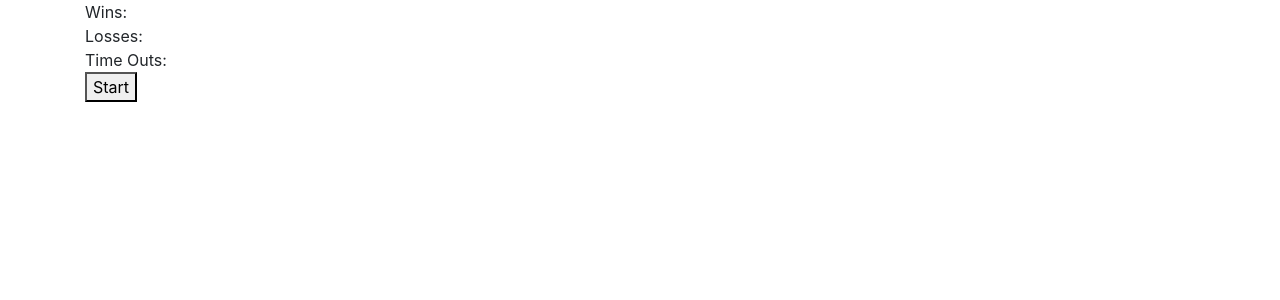
Repository: dsaftler/Trivia
Page: index.html
An editor plug-in stored every save of this project. The page is shown before and after the next save, followed by the edit.
The browser window is 1280 px wide. The pictures show the whole page.

Above is the page before, as saved 2019-04-12 23:35:17.

### index.html
<!DOCTYPE html>
<html lang="en">
<head>
  <meta charset="UTF-8">
  <meta name="viewport" content="width=device-width, initial-scale=1.0">
  <meta http-equiv="X-UA-Compatible" content="ie=edge">
  <link rel="stylesheet" href="https://stackpath.bootstrapcdn.com/bootstrap/4.3.1/css/bootstrap.min.css"
    integrity="sha384-ggOyR0iXCbMQv3Xipma34MD+dH/1fQ784/j6cY/iJTQUOhcWr7x9JvoRxT2MZw1T" crossorigin="anonymous">
  <!-- custom css -->
  <link rel="stylesheet" href="assets/css/style.css" type="text/css">

  <title>Trivia Game</title>
</head>
<body>
<div class="container">
  <div class="showTimer"><span id="timer"></span></div>
  <div class="showQuestion"><span id="question"></span></div>
  <div class="showAnswer"><span id="answer"></span></div>
  <div id="showWinsCnt">Wins: <span id="wins"></span></div>
  <div id="showLoseCnt">Losses: <span id="wrongs"></span></div>
  <div id="showMissCnt">Time Outs: <span id="misses"></span></div>
  <div class="answers" id="answer0"></div>
  <div class="answers" id="answer1"></div>
  <div class="answers" id="answer2"></div>
  <div class="answers" id="answer3"></div>
  <button id="newGame" onclick="initGame()">Start</button>
  <!-- <button id="temp1" onclick="newQuestion()">Next Question?</button> -->
</div>

<!-- bootstrap scripts -->
<script src="https://code.jquery.com/jquery-3.3.1.slim.min.js"
  integrity="sha384-q8i/X+965DzO0rT7abK41JStQIAqVgRVzpbzo5smXKp4YfRvH+8abtTE1Pi6jizo" crossorigin="anonymous"></script>
<script src="https://cdnjs.cloudflare.com/ajax/libs/popper.js/1.14.7/umd/popper.min.js"
  integrity="sha384-UO2eT0CpHqdSJQ6hJty5KVphtPhzWj9WO1clHTMGa3JDZwrnQq4sF86dIHNDz0W1" crossorigin="anonymous"></script>
<script src="https://stackpath.bootstrapcdn.com/bootstrap/4.3.1/js/bootstrap.min.js"
  integrity="sha384-JjSmVgyd0p3pXB1rRibZUAYoIIy6OrQ6VrjIEaFf/nJGzIxFDsf4x0xIM+B07jRM" crossorigin="anonymous"></script>
<script src="assets/javascript/app.js"></script>


</body>
</html>

### assets/css/style.css
.showTimer
.showQuestion
.showAnswer
.showWinsCnt
.showLoseCnt
.answers:hover{
  background-color: blue;
}

}

### assets/javascript/app.js
// Advanced game has a 30 second timer that counts down to 0 for each question
// If the timer is 0 OR  a wrong answer is chosen:
  // show the correct answer for 5 seconds
// display a new question
// restart the timer with no user interaction

// questions are contained in an array with question, array of answers, index of correct answer
// question shows in questionId
// "Correct"  or "Correct Answer" shows in answerId
// 4 possible answers show in 4 clickable buttons
// buttons have hover behavior
//  only one can be selected (by click)

// scores for Wins, Losses, and Unanswered are kept (correct, wrong, timer ==0)
// ask to play again in link
// click on play restarts the game without re-loading the page

var qArray =[];
var wins, wrongs, misses, seconds;
var correctAnswerId;
var timer;
var seconds;
var isNewGame = true;
var timerRunning=false;
var i;

// var States = {
//   PREGAME: 1,
//   PLAYING: 2,
//   GAMEOVER: 3,
//   YOUWON: 4
// };
// var GameState = States.PREGAME;


$(document).ready(function () {
  //initGame();
  $(".answers").click(function() {
    stopTimer();
    //which answer did I click?
    var target = $(this).attr("id")
    for(let j = 0; j<4; j++) {
      jtarget = "answer" + j
      //console.log(jtarget)
      if (jtarget === target){
        if (j === correctAnswerId){
          win();
        } else {
          lose();
        }
      }
    }
  })
})

function initGame() {
  wins = 0;
  wrongs = 0;
  misses = 0;
  loadQuestions();
  i = 0;
  newQuestion(i);
  $("#newGame").hide();
  //qArray.jsGameState = States.PLAYING;
}

function newQuestion(i)
{
  if(i>=qArray.length){
    gameOver();
    return
  }
    // show game pieces: question, answers
  console.log(qArray[i]);
  $("#question").text(qArray[i].question);
  $("#answer0").text(qArray[i].ansArray[0]);
  console.log(qArray[i].ansArray[0]);
  $("#answer1").text(qArray[i].ansArray[1]);
  $("#answer2").text(qArray[i].ansArray[2]);
  $("#answer3").text(qArray[i].ansArray[3]);
  correctAnswerId = qArray[i].correct;
  console.log(qArray[i].ansArray[correctAnswerId]);
  info = qArray[i].extra;
  seconds = 30;
  showTime();
  timer = setInterval(tick, 1000);

}

function gameOver()
{
  $("#wins").text(wins);
  $("#wrongs").text(wrongs);
  $("#misses").text(misses);
  $("#newGame").text("Play Again?"); // calls initGame
  $("#newGame").show();
}


//  The decrement function.
function tick()
{
  seconds--;
  if (seconds < 0) {
    //  ...run the stop function.
    stopTimer()
    miss();
    return;
  }
  showTime();

}

function stopTimer()
{
  clearInterval(timer);
}

//  Execute the run function.
function showTime()
{
 $("#timer").html("<h2>" + seconds + "</h2>");
 //console.log(seconds);
}
function win() {
  alert("Correct");
  wins++;
  newQuestion(i++);
}
function lose() {
  alert("Incorrect")
  wrongs++
  newQuestion(i++);
}
function Miss(){
  misses++;
  newQuestion(i++);
 // showMisses
}
function loadQuestions(){
qArray = [
    {
      question: "How many moons are in our Solar System?",
      correct: 3,
      ansArray: [25, 50, 97, 181],
      extra: "These moons (also known as natural satellites) vary greatly in size and quantity per planet. For example, the largest moon is Jupiter’s Ganymede, and the smallest is Mar’s Deimos. Ganymede has a diameter of 3,273 miles, and Deimos has a diameter of 7 miles."
    },
    {
      question: "What percent of the universe is dark matter? (Plus or minus 2%.)",
      correct: 1,
      ansArray: ["15%", "27%", "50%", "80%"],
      extra: "The rest of the universe is around 68% dark energy, and less than 5% of the universe is made up of what we would consider ‘normal’ matter. This means that roughly 80% of the mass of the universe is made up of material we cannot see."
    },
    {
      question: "What is the most common type of star found in the Milky Way?",
      correct: 1,
      ansArray: ["Neutron stars", "Red dwarf stars", "Supernovae", "G-type"],
      extra: "Red dwarf stars make up an estimated ¾ of all stars found in the Milky Way. The surface temperature of red dwarf stars is less than 4,000 Kelvin, and they have a very low luminosity and therefore cannot be easily seen. In fact, from Earth not one red dwarf star can be seen with the naked eye. Since they develop very slowly and are constant for trillions of years, there are actually no advanced stars of this type in our galaxy because our galaxy is too young!"
    },
    {
      question: "What is the closest star to the Sun?",
      correct: 0,
      ansArray: ["Proxima Centauri", "Tau Ceti", "51 Pegasi", "Rigel"],
      extra: "Proxima Centauri is a red dwarf star located in Alpha Centauri system, which is in the Centaurus constellation. Alpha Centauri is actually a triple star system with Proxima Centauri being the closest to the sun. It is 4.24 light years away from the sun, and is not visible to the naked eye from Earth."
    },
    {
      question: "What has a gravitational pull so strong that even light cannot escape it?",
      correct: 2,
      ansArray: ["Quantum gravity well", "3rd law of thermodynamics", "Black hole", "Mutual attraction"],
      extra: "Black holes are one of the deadliest things in the universe. They are formed when a star with a mass more than three times that of our sun dies and collapses onto itself after an explosion called a supernova. Black holes can siphon the gas out of stars until they vanish. They can even break apart and swallow planets."
    },
    {
      question: "Which NASA space flight was the last manned mission to the moon?",
      correct: 3,
      ansArray: ["Skylab 4", "Gemini 12", "Skynet 3", "Apollo 17"],
      extra: "Apollo 17 launched on December 7, 1972 as the first night launch done by NASA. It was also the final mission of NASA’s Apollo program. Apollo 17 was the last time humans traveled beyond low Earth orbit. The mission also boasted that at the time it had the longest moon landing, largest lunar samples, longest time in orbit, and the longest total moonwalks."
    },
    {
      question: "What is the longest continuous time a human has spent in space? (Plus or minus 20 days.)",
      correct: 2,
      ansArray: ["37 days", "189 days", "437 days", "500 days"],
      extra: "This amounts to more than 14 months in space. This feat was accomplished by Valeri Polyakov, a Russian astronaut who stayed aboard the Mir space station from January 1994 to March 1995. When Polyakov retired he had over 678 cumulative days in space, and his combined space time was over 22 months."
    },
    {
      question: "How much time does sun rays take to reach earth?",
      correct: 2,
      ansArray: ["58 seconds", "3.5 minutes", "8 minutes", "14 minutes"],
      extra: "The speed of light in vacuum, commonly denoted c, is a universal physical constant important in many areas of physics. Its exact value is299,792,458 meters per second (approximately 300,000 km/s (186,000 mi/s))."
    },
    {
      question: "When the Halley’s Comet will be visible from Earth again?",
      correct: 3,
      ansArray: ["2024", "2039", "2042", "2061"],
      extra: "Halley's Comet is arguably the most famous comet. It is a ‘periodic’ comet and returns to Earth's vicinity about every 75 years, making it possible for a human to see it twice in his or her lifetime. The last time it was here was in 1986, and it is projected to return in 2061."
    },
    {
      question: "How long was the shortest space flight?",
      correct: 0,
      ansArray: ["15 minutes", "73 minutes", "4.5 hours", "3 days"],
      extra: "This occurred on May 5, 1961 when Alan Shepard achieved an altitude of 115 miles in NASA’s Freedom 7. He was also the first American in space. Shepard later went on to become the oldest person to walk on the surface of the moon. He achieved this in 1971 during the Apollo 14 mission. At the time, he was 47 years old."
    }
  ]
  //console.log(qArray);
};

After the next save:
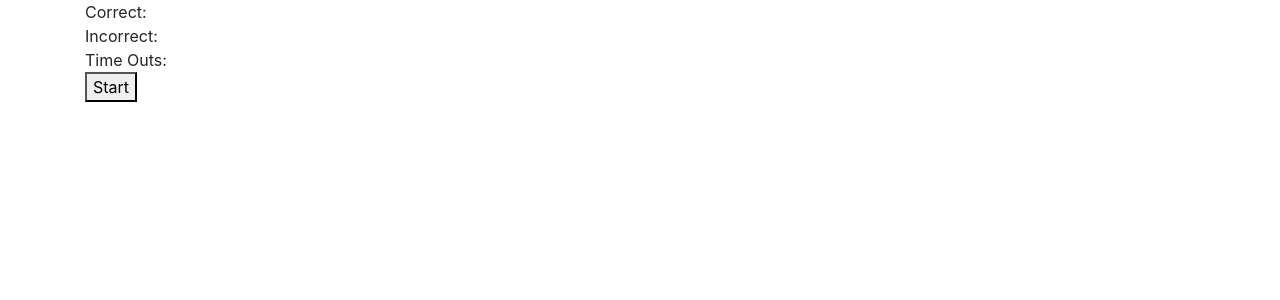
Saved 2 min 0 s later.
--- a/index.html
+++ b/index.html
@@ -16,8 +16,8 @@
   <div class="showTimer"><span id="timer"></span></div>
   <div class="showQuestion"><span id="question"></span></div>
   <div class="showAnswer"><span id="answer"></span></div>
-  <div id="showWinsCnt">Wins: <span id="wins"></span></div>
-  <div id="showLoseCnt">Losses: <span id="wrongs"></span></div>
+  <div id="showWinsCnt">Correct: <span id="wins"></span></div>
+  <div id="showLoseCnt">Incorrect: <span id="wrongs"></span></div>
   <div id="showMissCnt">Time Outs: <span id="misses"></span></div>
   <div class="answers" id="answer0"></div>
   <div class="answers" id="answer1"></div>
